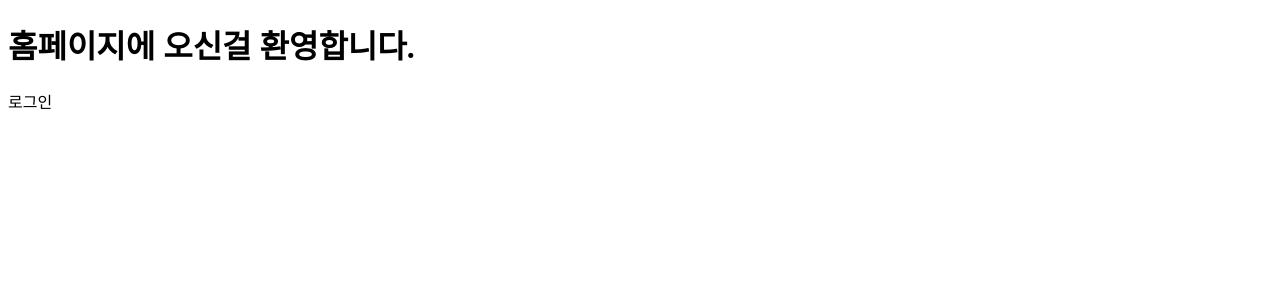
Repository: whdghks9241/Servlet-JSP-Workspace
Page: http://localhost/login_logout2/home.jsp
The author's editor kept a copy of each file at every save. The page is drawn from the files as they stood at one save, then again after a run of saves.
The browser window is 1280 px wide. The pictures show the whole page.
The page is served by Tomcat 9.

Above is the page before, as saved 2023-11-08 01:06:03.

After the next 2 saves:
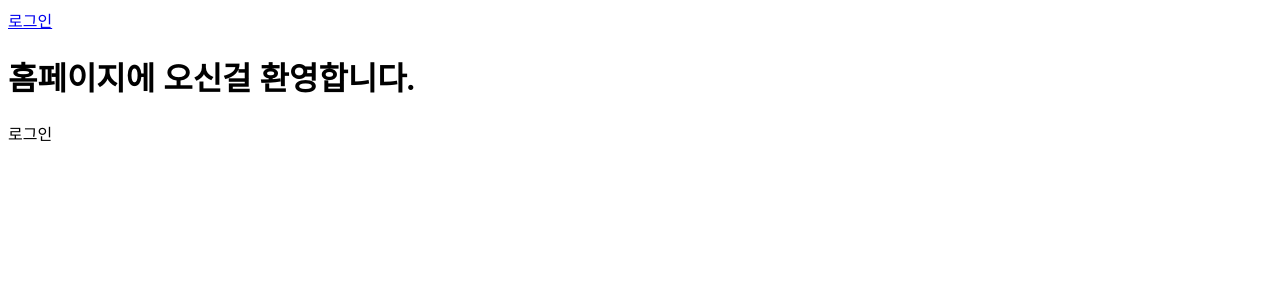
The 2 saves are shown as one change because they came seconds apart.
The last was saved 114 s later.
--- a/login_logout2/src/main/webapp/home.jsp
+++ b/login_logout2/src/main/webapp/home.jsp
@@ -17,12 +17,19 @@
 <!--
 	만약에 로그인인 상태일경우 로그인 버튼을 숨기고 싶고 로그아웃 버튼이 보이게 하고 싶은 경우
  -->
- <%
+	<%
  	// 만약에 password 값이 존재할 경우 빈(null)값이 아닐경우
  	if (session.getAttribute("PASSWORD") != null) {
+ 	%>
+ 		<a href="Logout.jsp">로그아웃</a>
+	<%
+	} else {
+	%>
+		<a href="Login.jsp">로그인</a>
+	<%
+ 	}
 
- 	}
- %>
+ 	%>
 <h1>홈페이지에 오신걸 환영합니다.</h1>
 <a herf = "login.jsp">로그인</a>
 </body>
